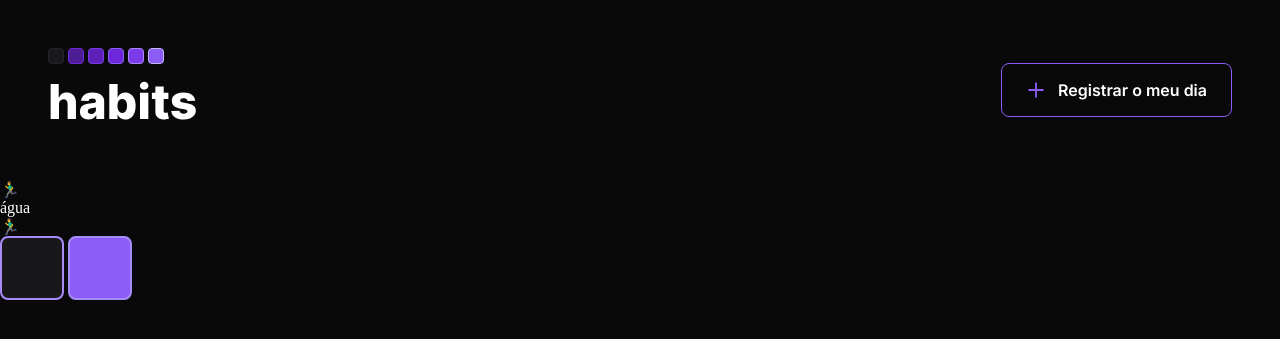
Repository: AntonyCosta/nlw-setup
Page: index.html
The author's editor kept a copy of each file at every save. The page is drawn from the files as they stood at one save, then again after a run of saves.
The browser window is 1280 px wide. The pictures show the whole page.

Above is the page before, as saved 2023-01-18 03:44:24.

### index.html
<!DOCTYPE html>
<html lang="pt-br">
  <head>
    <meta charset="UTF-8" />
    <meta http-equiv="X-UA-Compatible" content="IE=edge" />
    <meta name="viewport" content="width=device-width, initial-scale=1.0" />
    <link rel="preconnect" href="https://fonts.googleapis.com" />
    <link rel="preconnect" href="https://fonts.gstatic.com" crossorigin />
    <link
      href="https://fonts.googleapis.com/css2?family=Inter:wght@600&display=swap"
      rel="stylesheet"
    />
    <link rel="stylesheet" href="style.css" />
    <title>Habits</title>
  </head>
  <body>
    <header>
      <img src="./assets/logo.svg" alt="" />
      <button>
        <img src="./assets/plus.svg" alt="" />
        Registrar o meu dia
      </button>
    </header>

    <form>
      <div class="habits">
        <div class="habit">🏃‍♂️</div>
        <div class="habit">água</div>
        <div class="habit">🏃‍♂️</div>
      </div>
    </form>

    <input type="checkbox" />
    <input type="checkbox" checked />
  </body>
</html>

### style.css
* {
  margin: 0;
  padding: 0;
  box-sizing: border-box;
}

body {
  background-color: #09090a;
  color: white;

  /* display: grid;
  place-items: center; */

  height: 100vh;
}

header {
  display: flex;
  align-items: center;
  justify-content: space-between;

  padding: 48px;
}

button {
  padding: 16px 24px;
  border: 1px solid #8b5cf6;
  border-radius: 8px;
  background: transparent;
  color: #ffffff;

  display: flex;
  align-items: center;
  gap: 12px;

  font-family: "Inter", arial, sans-serif;
  font-weight: 600;
  font-size: 16px;
  line-height: 125%;
}

input {
  appearance: none;
  -webkit-appearance: none;

  width: 64px;
  height: 64px;

  border: 2px solid #a78bfa;
  border-radius: 8px;

  background: #18181b;
}

input:checked {
  background: #8b5cf6;
  border: 2px solid #a78bfa;
}

After the next 5 saves:
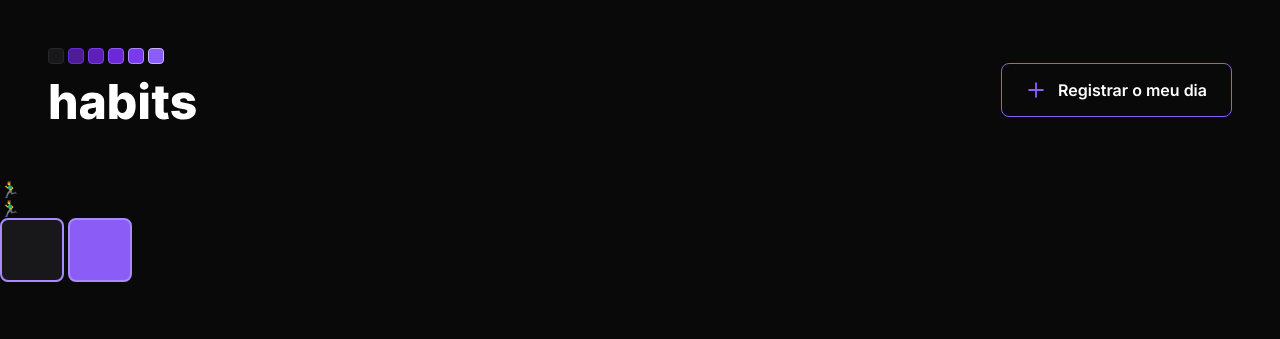
The 5 saves are shown as one change because they came seconds apart.
The last was saved 14 s later.
--- a/index.html
+++ b/index.html
@@ -25,7 +25,7 @@
     <form>
       <div class="habits">
         <div class="habit">🏃‍♂️</div>
-        <div class="habit">água</div>
+        <div class="habit"></div>
         <div class="habit">🏃‍♂️</div>
       </div>
     </form>

After the save that followed:
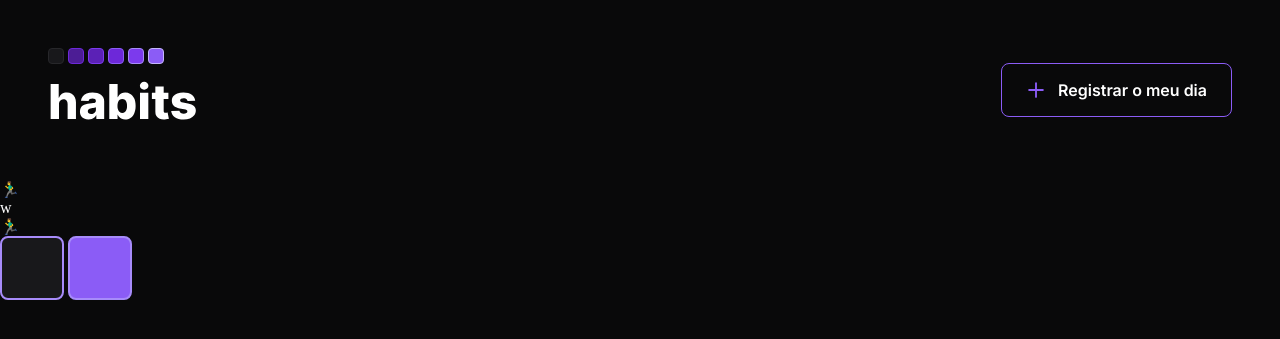
Saved 5 s later.
--- a/index.html
+++ b/index.html
@@ -25,7 +25,7 @@
     <form>
       <div class="habits">
         <div class="habit">🏃‍♂️</div>
-        <div class="habit"></div>
+        <div class="habit">w</div>
         <div class="habit">🏃‍♂️</div>
       </div>
     </form>
